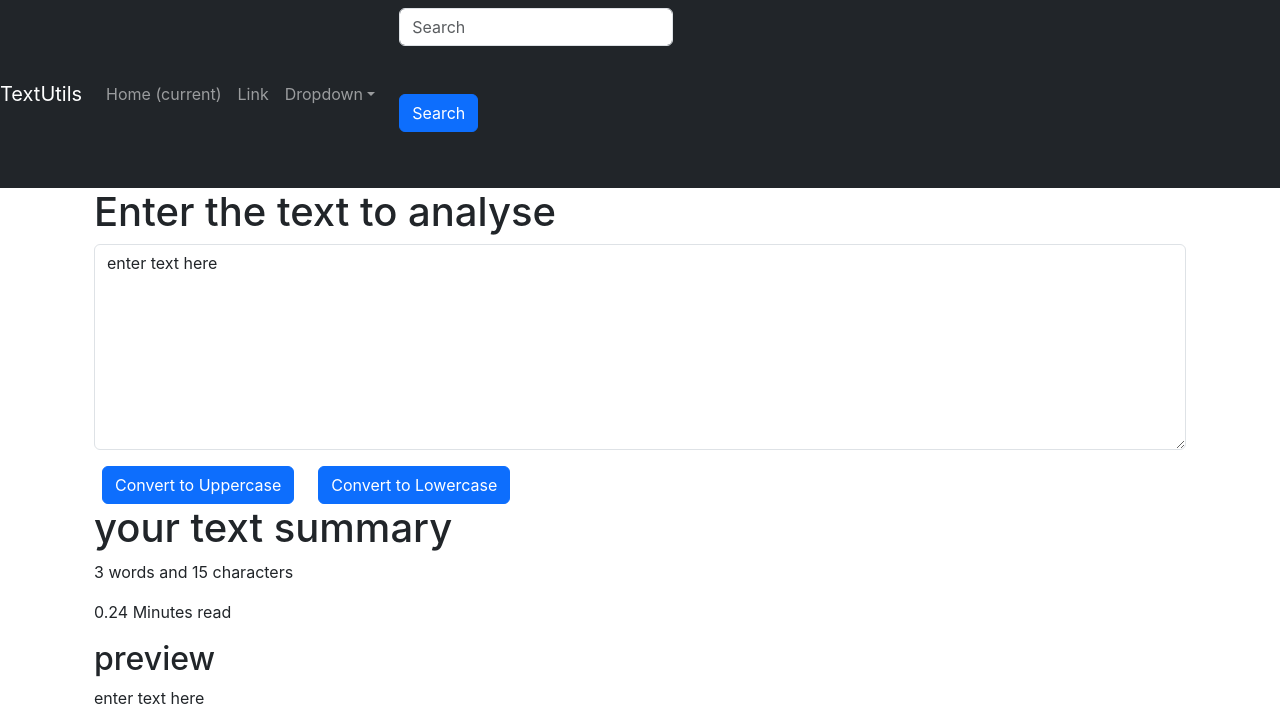
Repository: Aastha1035/React.navbar
Page: /
An editor plug-in stored every save of this project. The page is shown before and after the next save, followed by the edit.
The browser window is 1280 px wide. The pictures show the whole page.
The project was rebuilt for these pictures with package versions that can differ from the ones it lists, and the page was loaded fresh each time. Also part of the build but not shown: src/App.css.

Above is the page before, as saved 2024-07-17 12:49:48.

After the next save:
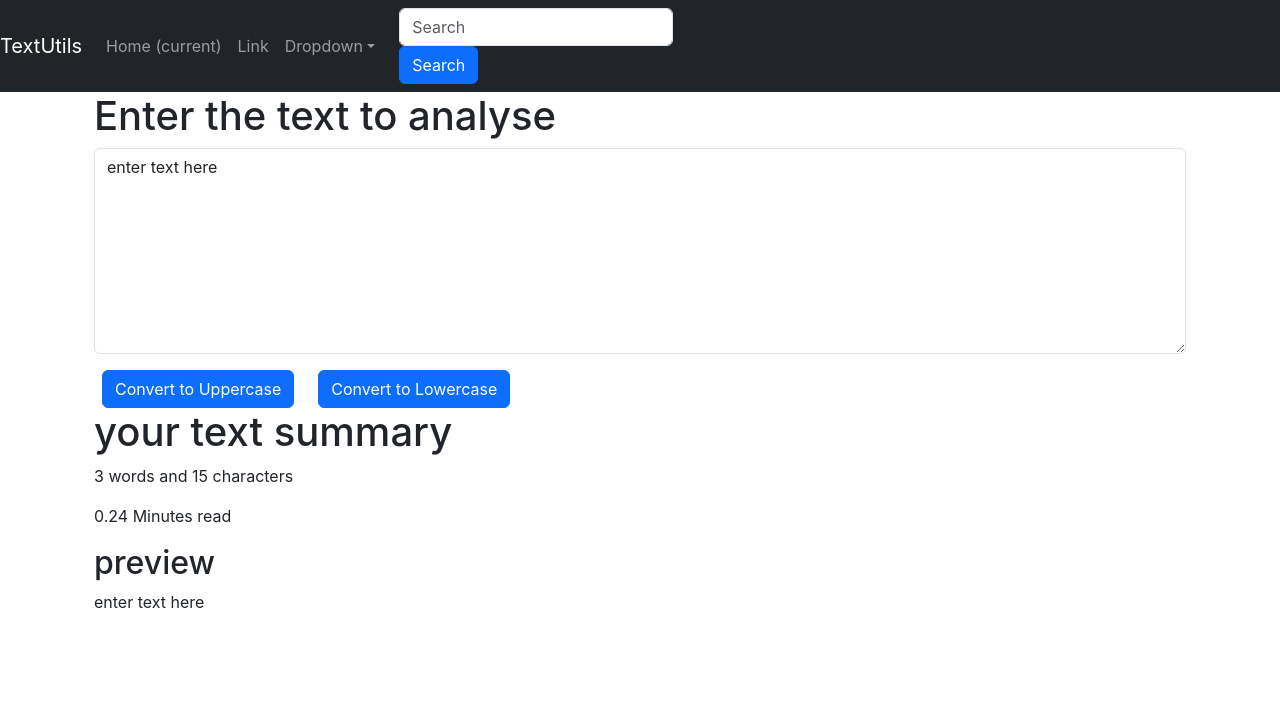
Saved 2 min 50 s later.
--- a/src/components/Navbar.js
+++ b/src/components/Navbar.js
@@ -33,7 +33,7 @@
     </ul>
     <form className="form-inline my-2 my-lg-0">
       <input className="form-control mr-sm-2" type="search" placeholder="Search" aria-label="Search"/>
-      <button className="btn btn-primary my-2 my-sm-5" type="submit">Search</button>
+      <button className="btn btn-primary my-2 my-sm-0" type="submit">Search</button>
     </form>
   </div>
 </nav>
